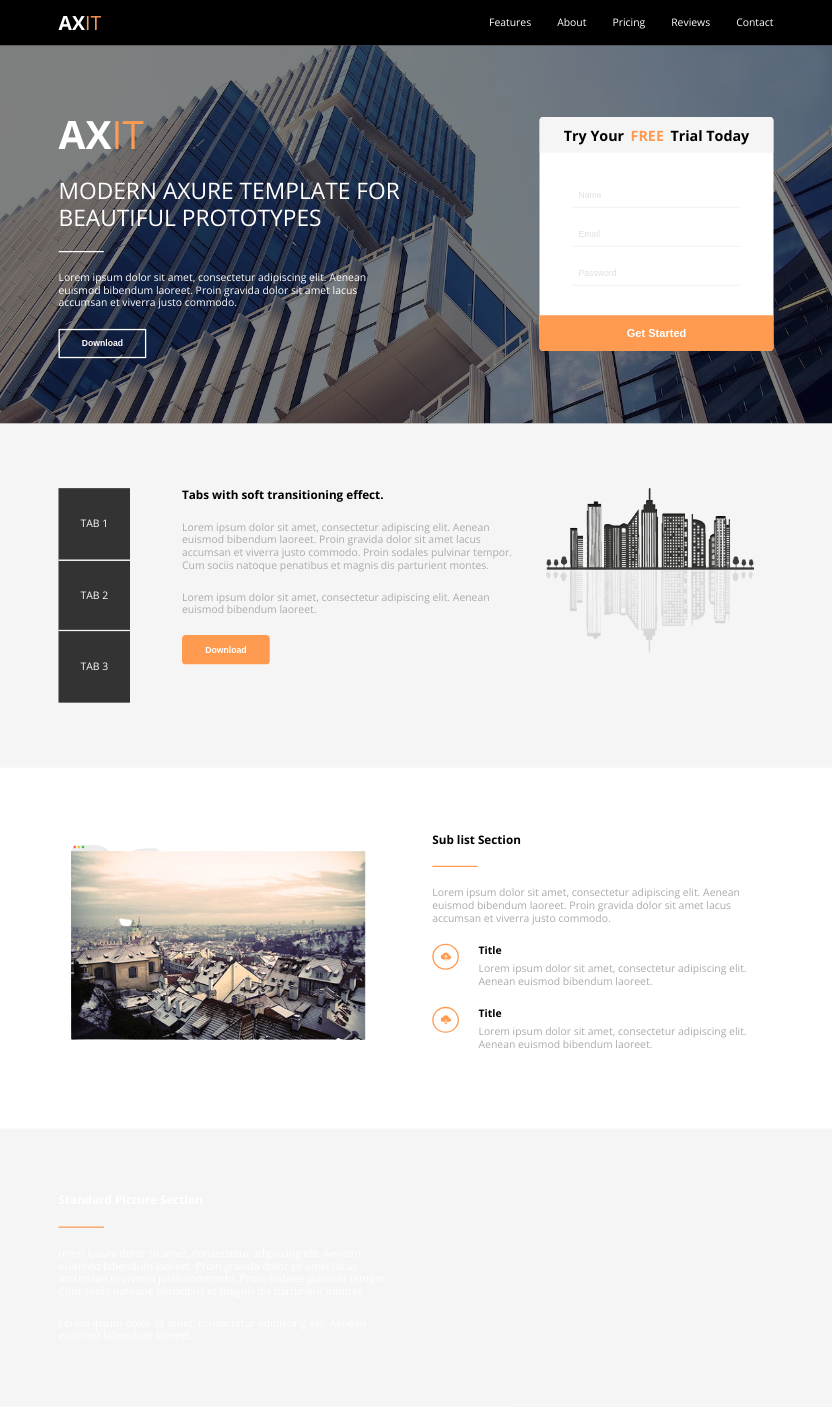
Repository: dinhtri123/axureThems
Page: index.html
The author's editor kept a copy of each file at every save. The page is drawn from the files as they stood at one save, then again after the next save.
The browser window is 1280 px wide. The pictures show the whole page, at 65% of full size.

Above is the page before, as saved 2023-02-11 16:18:41.

After the next save:
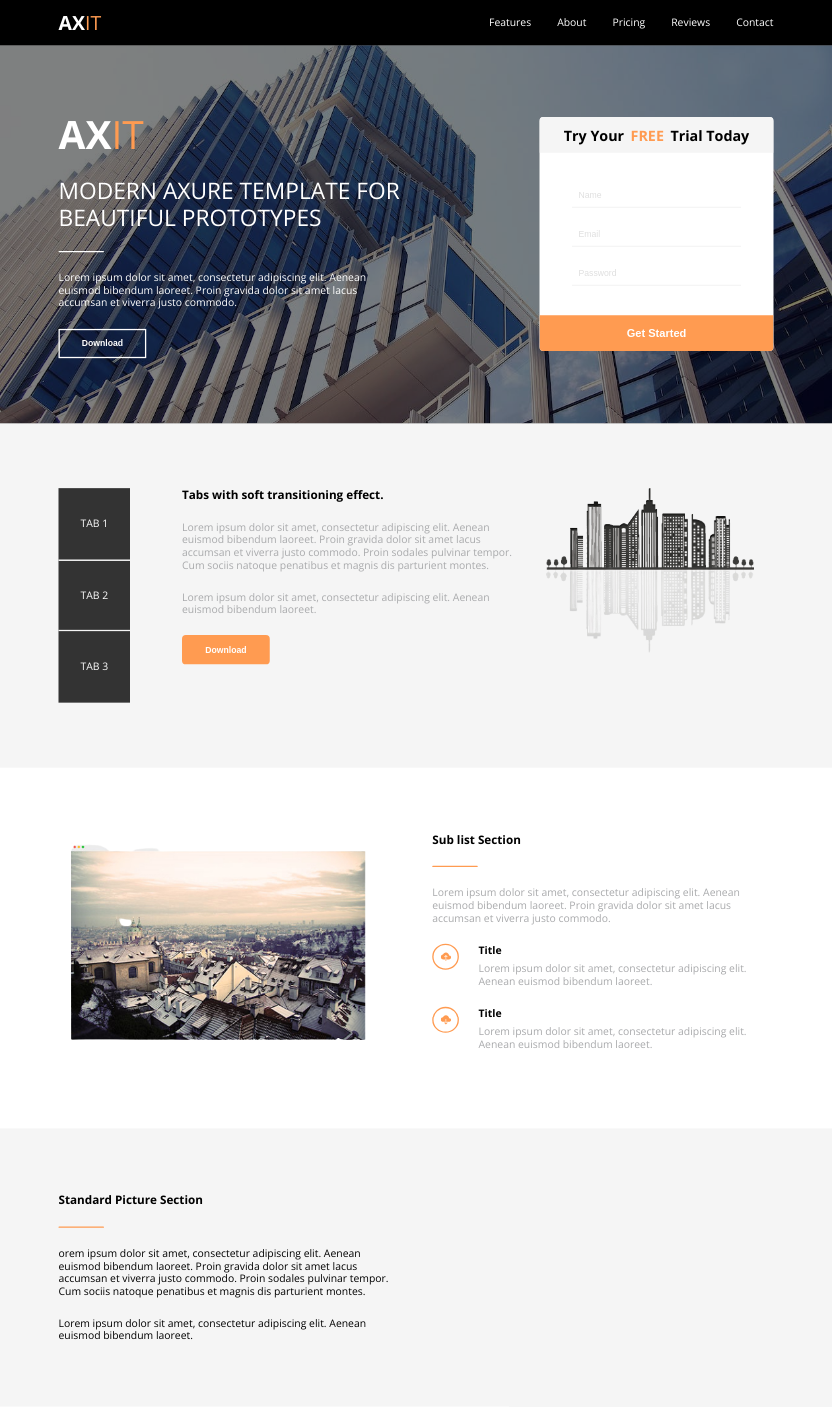
Saved 13 s later.
--- a/style.css
+++ b/style.css
@@ -244,7 +244,6 @@ nav ul li a {
   flex-direction: column;
 }
 
-
 .tabsContent p {
   color: var(--bg-text);
 }
@@ -271,7 +270,7 @@ nav ul li a {
   gap: 30px;
   color: var(--bg-black);
 }
- h3 {
+h3 {
   font-size: 18px;
 }
 .subRight p {
@@ -305,18 +304,19 @@ nav ul li a {
   width: 100%;
   background: var(--bg-light);
 }
-.sectionContent{
-    width:100%;
-    padding:100px 0px;
-    display:grid;
-    grid-template-columns: 1fr 1fr;
-    gap:50px;
-}
-.sectionLeft{
-    display:flex;
-    flex-direction: column;
-    gap:30px;
-}
-.sectionLine{
-    background-color: var(--bg-orange);
-}
+.sectionContent {
+  width: 100%;
+  padding: 100px 0px;
+  display: grid;
+  grid-template-columns: 1fr 1fr;
+  gap: 50px;
+}
+.sectionLeft {
+  display: flex;
+  flex-direction: column;
+  gap: 30px;
+  color: var(--bg-black);
+}
+.sectionLine {
+  background-color: var(--bg-orange);
+}
